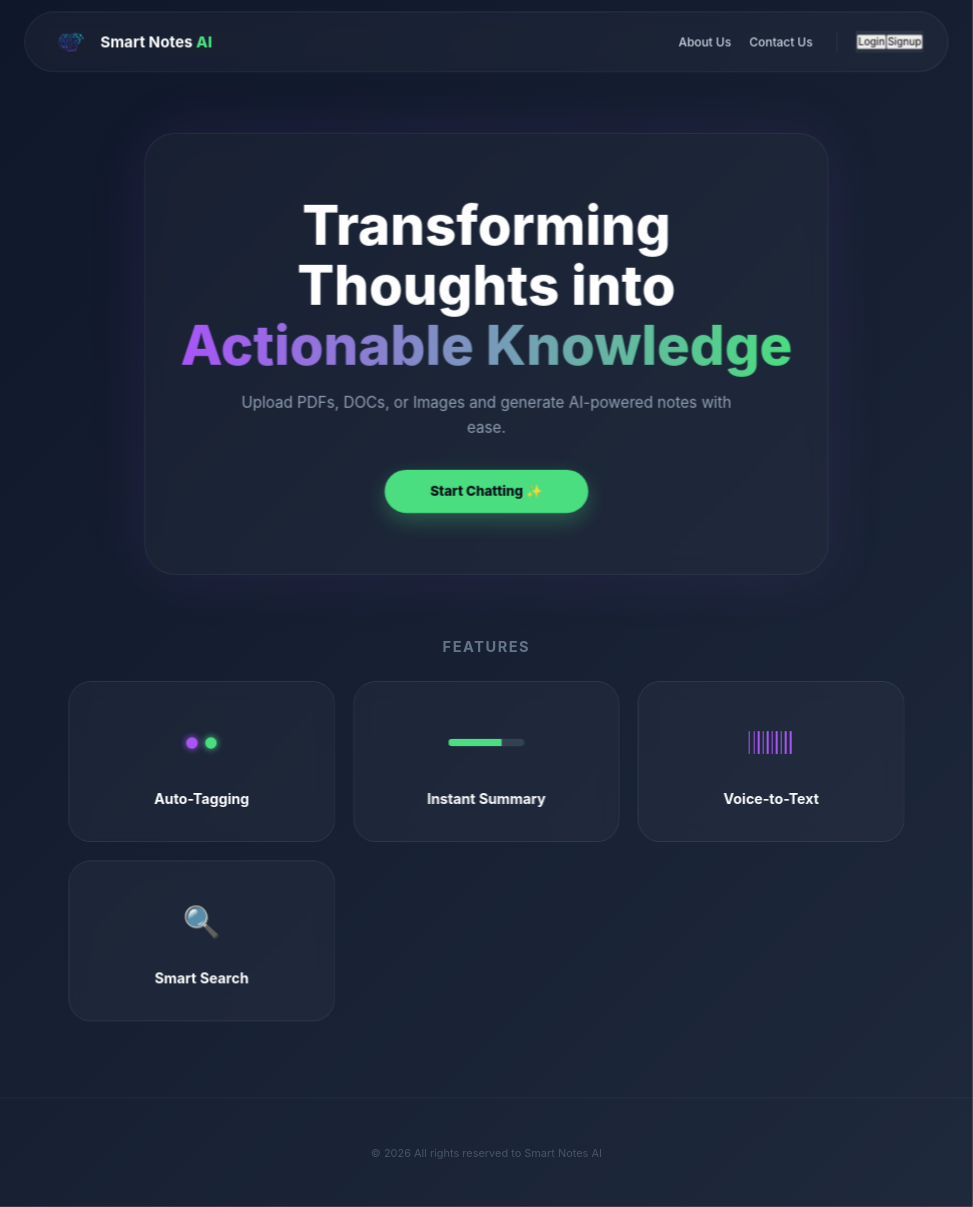
Repository: Nikhilesh-Attal/smart-notes-ai
Page: / (app in frontend/)
The author's editor kept a copy of each file at every save. The page is drawn from the files as they stood at one save, then again after the next save.
The browser window is 1280 px wide. The pictures show the whole page, at 76% of full size.
The project was rebuilt for these pictures with package versions that can differ from the ones it lists, and the page was loaded fresh each time. Also part of the build but not shown: frontend/vite.config.ts, frontend/src/pages/chat.css, frontend/src/pages/chat.tsx, frontend/src/pages/auth.css, frontend/src/pages/Login.tsx, frontend/src/pages/Signup.tsx, frontend/src/pages/About.tsx.

Above is the page before, as saved 2026-02-24 18:35:22.

After the next save:
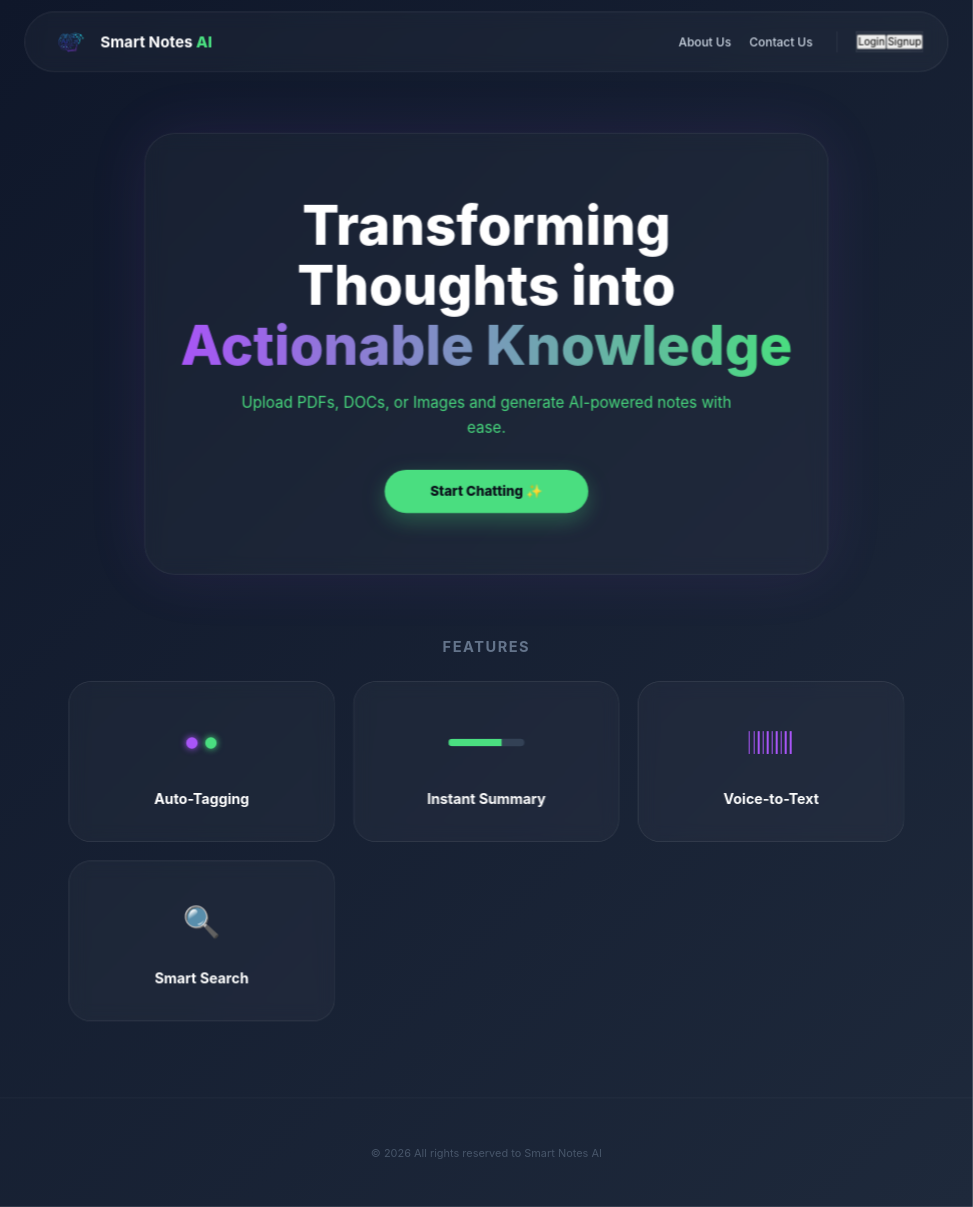
Saved 13 s later.
--- a/frontend/src/pages/Home.css
+++ b/frontend/src/pages/Home.css
@@ -160,7 +160,7 @@
 
 .home-subtitle {
     font-size: 1.25rem;
-    color: #94a3b8;
+    color: #4ade80;
     margin-bottom: 40px;
     max-width: 650px;
     margin-left: auto;

After the save that followed:
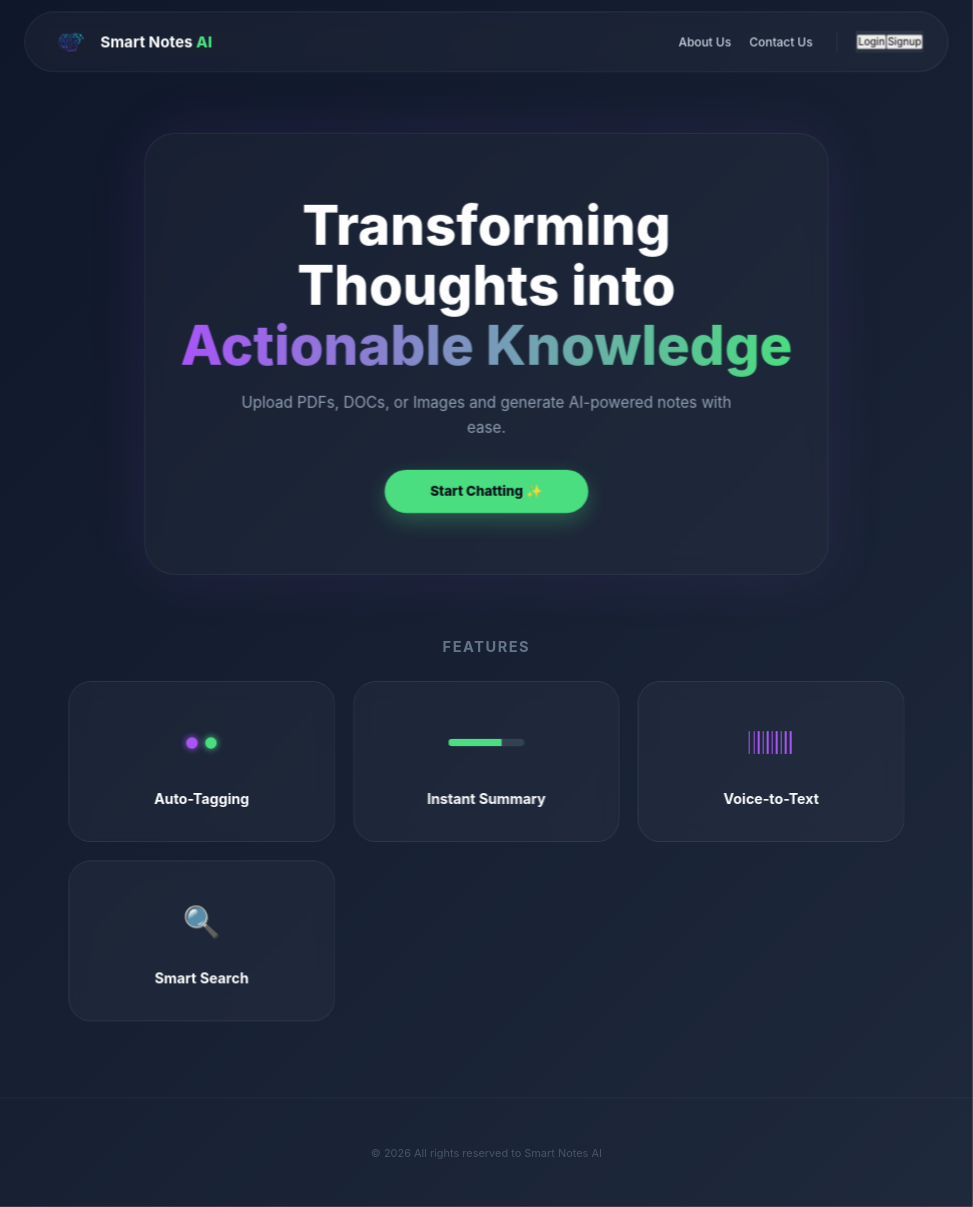
Saved 12 s later.
--- a/frontend/src/pages/Home.css
+++ b/frontend/src/pages/Home.css
@@ -160,7 +160,7 @@
 
 .home-subtitle {
     font-size: 1.25rem;
-    color: #4ade80;
+    color: #94a3b8;
     margin-bottom: 40px;
     max-width: 650px;
     margin-left: auto;
